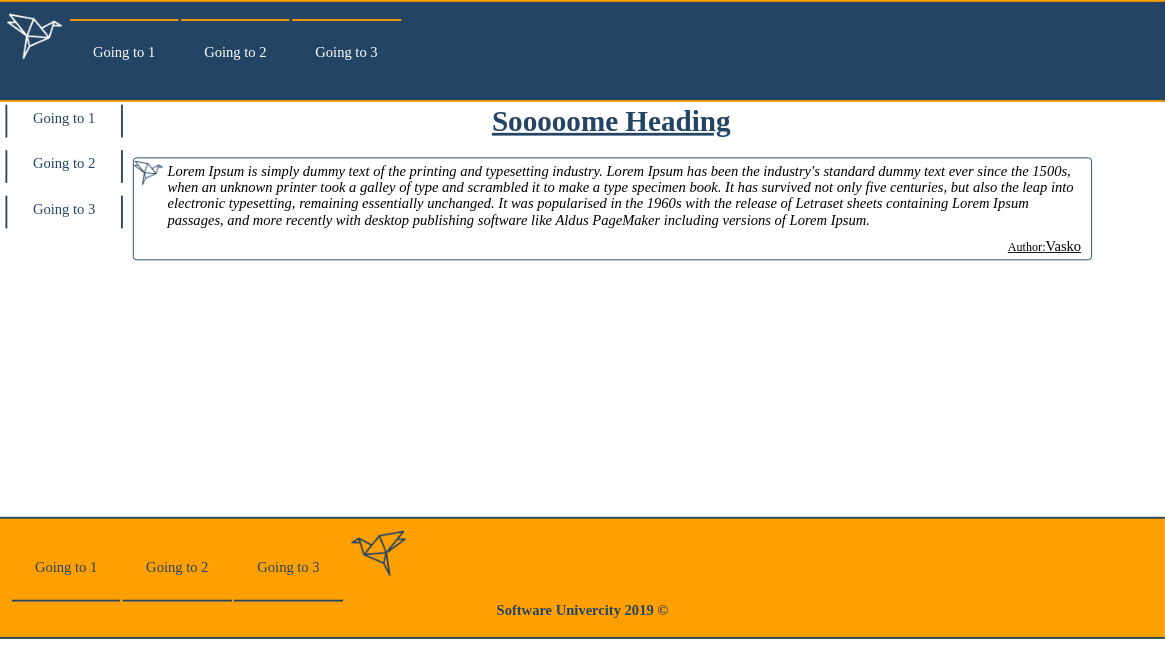
Repository: vsterev/origami
Page: /
The author's editor kept a copy of each file at every save. The page is drawn from the files as they stood at one save, then again after the next save.
The browser window is 1280 px wide. The pictures show the whole page, at 91% of full size.
The project was rebuilt for these pictures with package versions that can differ from the ones it lists, and the page was loaded fresh each time.

Above is the page before, as saved 2020-07-12 16:55:37.

After the next save:
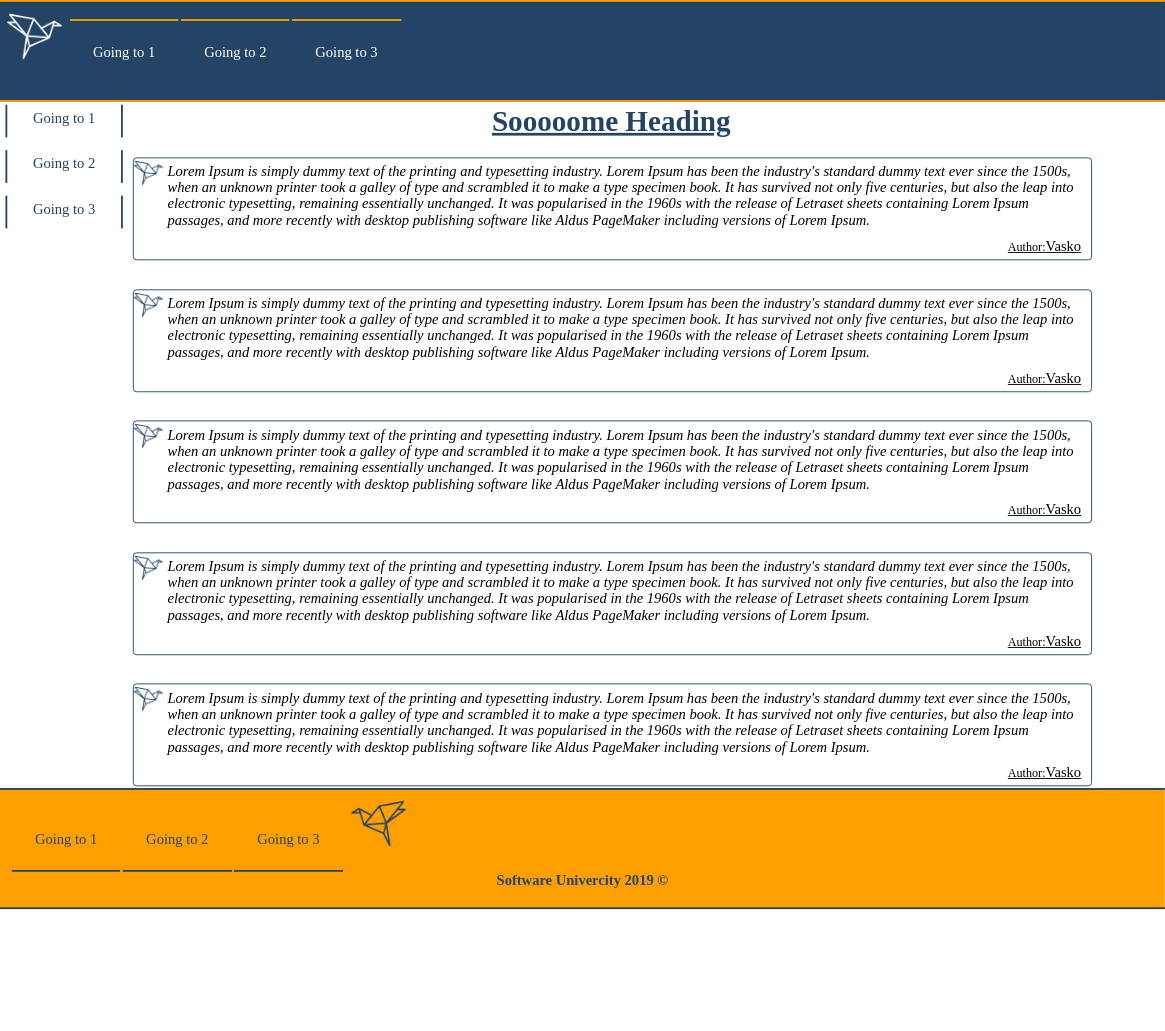
Saved 24 s later.
--- a/src/components/posts/index.js
+++ b/src/components/posts/index.js
@@ -5,6 +5,10 @@
     return (
         <div className="Posts">
             <Post />
+            <Post />
+            <Post />
+            <Post />
+            <Post />
         </div>
     )
 }
